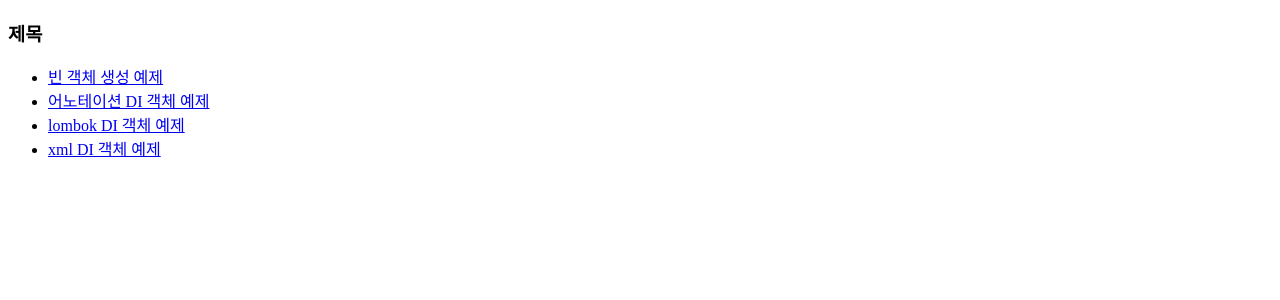
Repository: alstjd426/Spring
Page: http://localhost/Spring/
The author's editor kept a copy of each file at every save. The page is drawn from the files as they stood at one save, then again after the next save.
The browser window is 1280 px wide. The pictures show the whole page.
The page is served by Tomcat 9. Other server files are loaded and not shown.

Above is the page before, as saved 2025-04-14 05:42:26.

### Spring/src/main/webapp/index.jsp
<%@ page language="java" contentType="text/html; charset=EUC-KR"
    pageEncoding="EUC-KR"%>
<!DOCTYPE html>
<html>
<head>
<meta charset="EUC-KR">
<title>Insert title here</title>
</head>
<body>
	<h3>제목</h3>
	<ul>
		<li><a href="createBean">빈 객체 생성 예제</a></li>
		<li><a href="annotationDI">어노테이션 DI 객체 예제</a></li>
		<li><a href="lombok">lombok DI 객체 예제</a></li>
		<li><a href="xmlDI">xml DI 객체 예제</a></li>
	</ul>
</body>
</html>

After the next save:
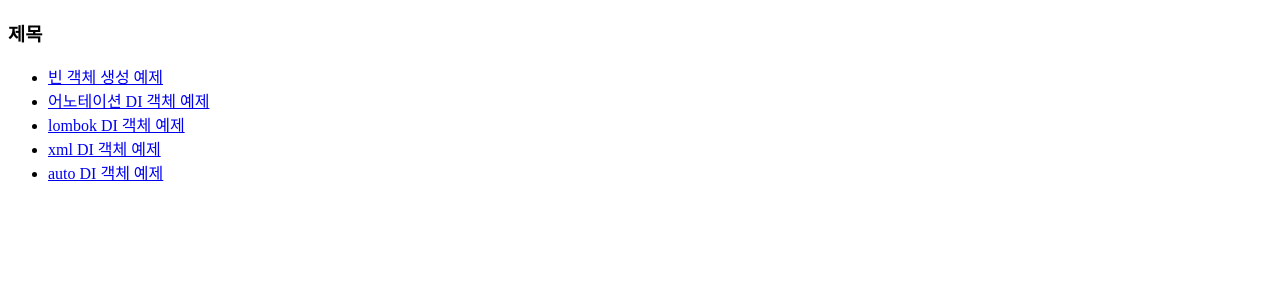
Saved 13 s later.
--- a/Spring/src/main/webapp/index.jsp
+++ b/Spring/src/main/webapp/index.jsp
@@ -13,6 +13,7 @@
 		<li><a href="annotationDI">어노테이션 DI 객체 예제</a></li>
 		<li><a href="lombok">lombok DI 객체 예제</a></li>
 		<li><a href="xmlDI">xml DI 객체 예제</a></li>
+		<li><a href="autoDI">auto DI 객체 예제</a></li>
 	</ul>
 </body>
 </html>
